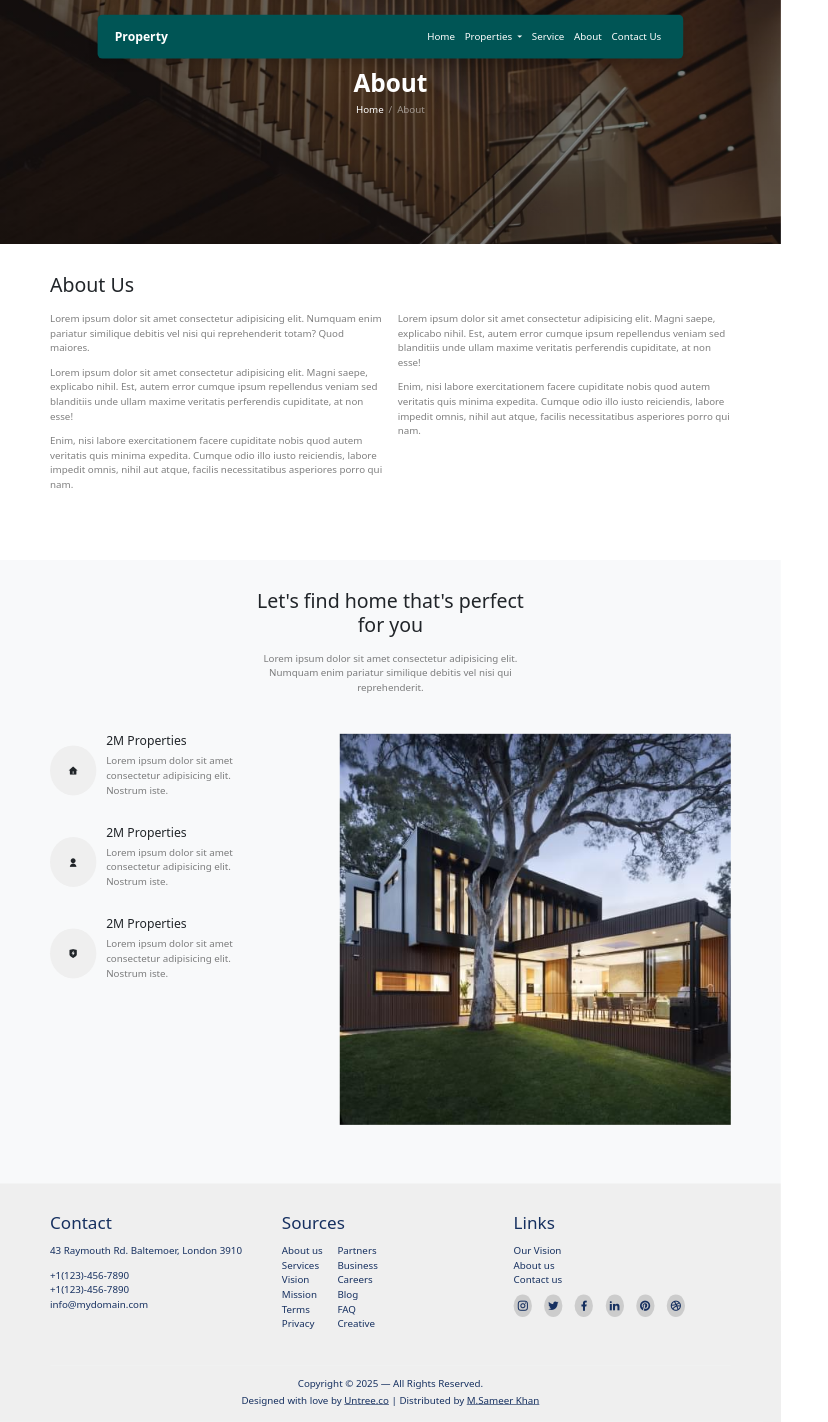
Repository: sameerrrrkhan911-git/Property
Page: about.html
The author's editor kept a copy of each file at every save. The page is drawn from the files as they stood at one save, then again after the next save.
The browser window is 1280 px wide. The page is 1280 px wide, then 1357 px, so the pictures cover 1357 px, including what lies to the right of the window. The pictures show the whole page, at 61% of full size.
Some web libraries are served in a nearby version.

Above is the page before, as saved 2025-09-28 18:31:15.
Console error: TypeError: Cannot read properties of undefined (reading 'length')

After the next save:
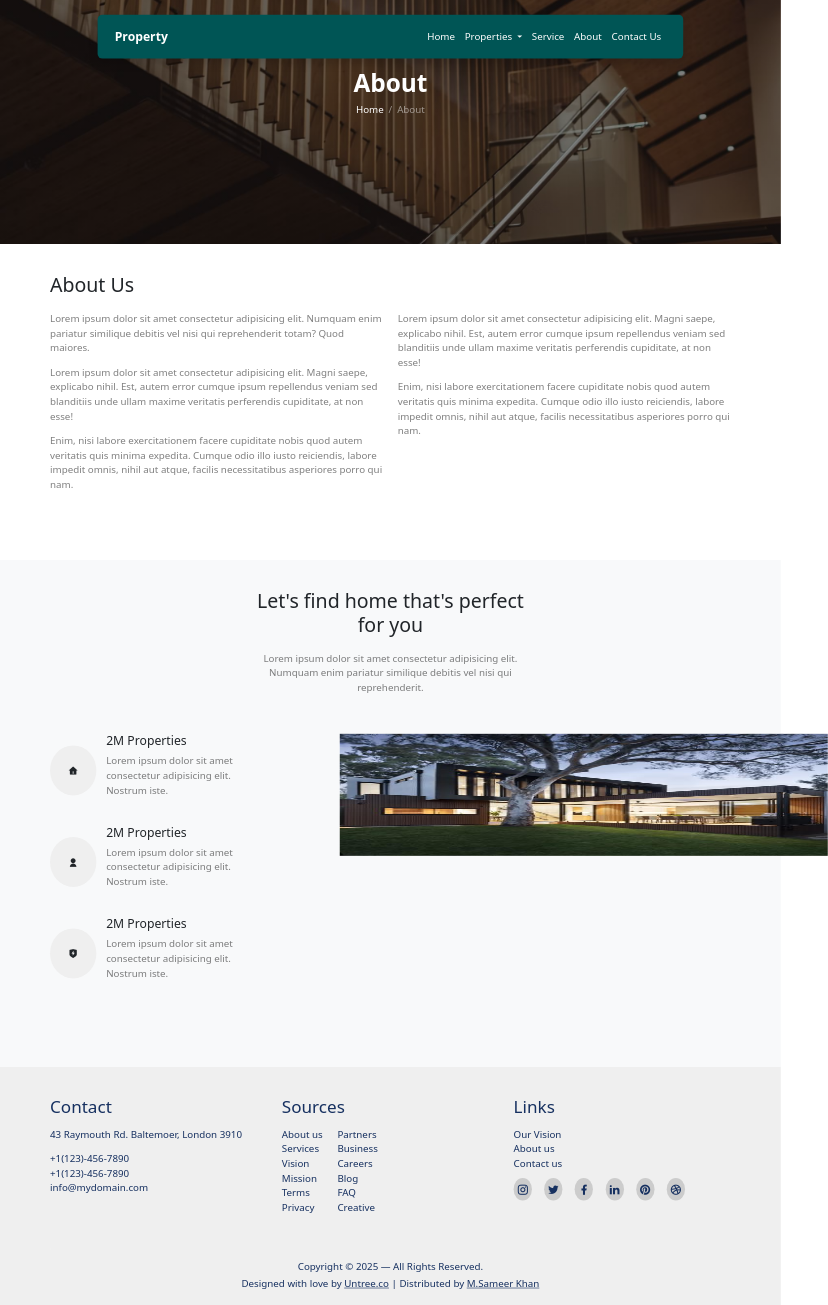
Saved 9 s later.
--- a/about.html
+++ b/about.html
@@ -155,7 +155,7 @@
 
             <div class="col-lg-7 mb-5 mb-lg-0 order-lg-2">
               <div class="img-about dots">
-                <img src="./assets/images/img_2.jpg" alt="Image" class="img-fluid" width="800px" height="200px">
+                <img src="./assets/images/img_2.jpg" alt="Image" class="" width="800px" height="200px">
               </div>
             </div>
             <div class="col-lg-4">
